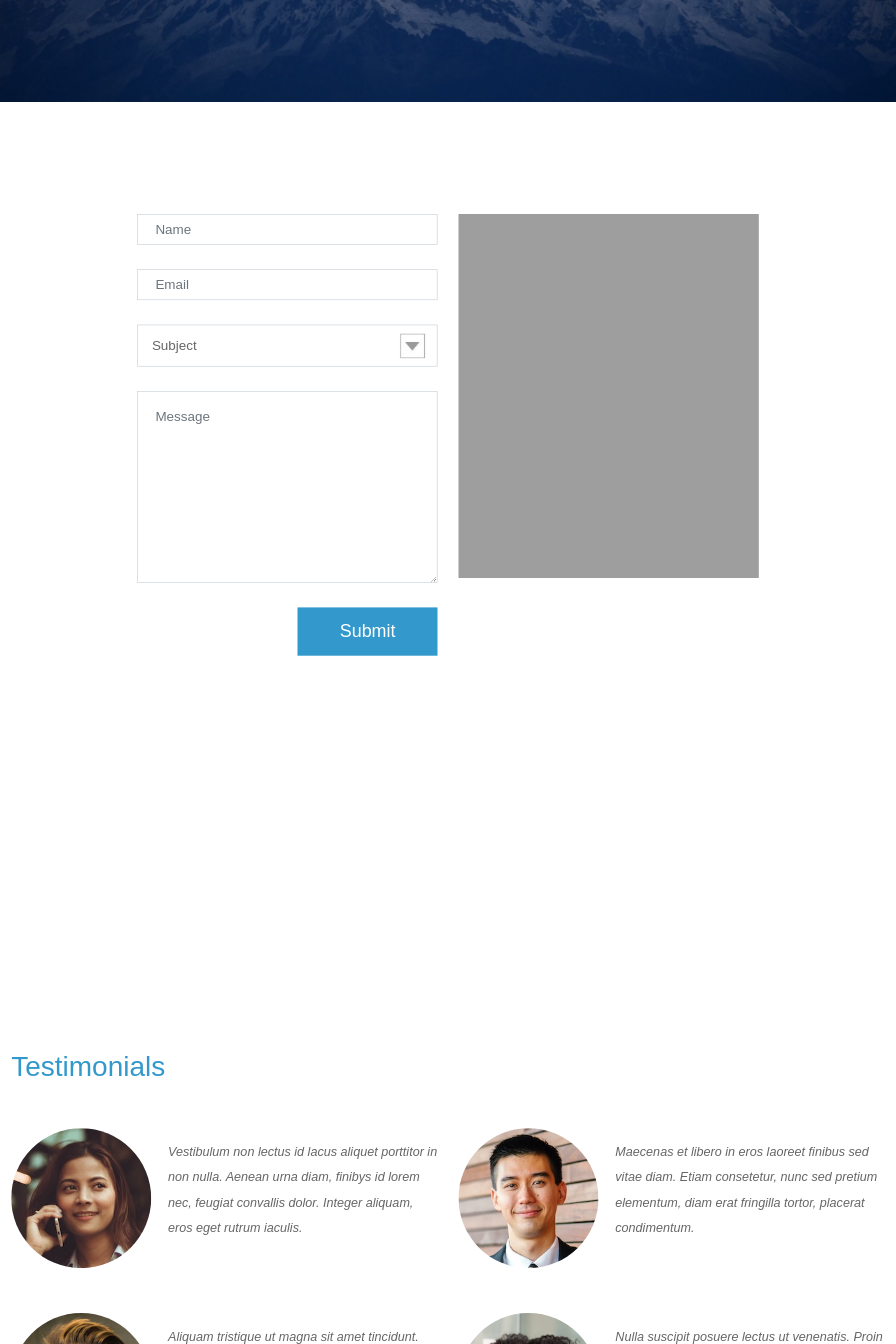
Repository: Marhamat92/PCAT-project-with-node-backend
Page: http://localhost/add
These files come from the project's save history. The page is drawn as it stood at one moment and after the next save; the edit follows.
The browser window is 1280 px wide. The pictures show the part of the page from y = 304 to 2224 px (the page is 3139 px tall before and 3211 px after), at 70% of full size.
Pictures or frames that could not be fetched are drawn as grey boxes. Backgrounds fixed to the window are drawn as part of the page. Some web fonts or font styles are not loaded; a fallback is used. The page is served by the project's Node server (app.js).

Above is the page before, as saved 2023-02-20 17:47:39.

### views/add.ejs
<%- include('partials/_header') %>

    <body>
        <div class="tm-page-wrap mx-auto">
            <div class="position-relative">
                <%- include('partials/_navigation') %>
                    <div class="tm-welcome-container tm-fixed-header tm-fixed-header-3">
                        <div class="text-center">
                            <p class="pt-5 px-3 tm-welcome-text tm-welcome-text-2 mb-1 mt-lg-0 mt-5 text-white mx-auto">
                                You can add your photos below
                            </p>
                        </div>
                    </div>

                    <div id="tm-fixed-header-bg"></div> <!-- Header image -->
            </div>

            <!-- Page content -->
            <main>
                <div class="container-fluid px-0">
                    <div class="mx-auto tm-content-container">
                        <div class="row mt-3 mb-5 pb-3">
                            <div class="col-12">

                            </div>
                        </div>
                        <div class="mx-auto pb-3 tm-about-text-container px-3">
                            <div class="row">
                                <div class="col-lg-6 mb-5">
                                    <form id="contact-form" action="" method="POST" class="tm-contact-form">
                                        <div class="form-group">
                                            <input type="text" name="name" class="form-control rounded-0"
                                                placeholder="Name" required="" />
                                        </div>
                                        <div class="form-group">
                                            <input type="email" name="email" class="form-control rounded-0"
                                                placeholder="Email" required="" />
                                        </div>
                                        <div class="form-group">
                                            <select class="form-control" id="contact-select" name="inquiry">
                                                <option value="-">Subject</option>
                                                <option value="sales">Sales &amp; Marketing</option>
                                                <option value="creative">Creative Design</option>
                                                <option value="uiux">UI / UX</option>
                                            </select>
                                        </div>
                                        <div class="form-group">
                                            <textarea rows="8" name="message" class="form-control rounded-0"
                                                placeholder="Message" required=""></textarea>
                                        </div>

                                        <div class="form-group mb-0">
                                            <button type="submit"
                                                class="btn btn-primary rounded-0 d-block ml-auto mr-0 tm-btn-animate tm-btn-submit tm-icon-submit"><span>Submit</span></button>
                                        </div>
                                    </form>
                                </div>
                                <div class="col-lg-6">
                                    <div class="mapouter mb-60">
                                        <div class="gmap_canvas">
                                            <iframe width="100%" height="520" id="gmap_canvas"
                                                src="https://maps.google.com/maps?q=Av.+L%C3%BAcio+Costa,+Rio+de+Janeiro+-+RJ,+Brazil&t=&z=13&ie=UTF8&iwloc=&output=embed"
                                                frameborder="0" scrolling="no" marginheight="0"
                                                marginwidth="0"></iframe>
                                        </div>
                                    </div>
                                </div>
                            </div>
                        </div>
                    </div>

                    <div class="parallax-window parallax-window-2" data-parallax="scroll"
                        data-image-src="img/contact-2.jpg"></div>

                    <div class="mx-auto tm-content-container mt-4 px-3 mb-3">
                        <div class="row">
                            <div class="col-12">
                                <h2 class="tm-page-title mb-5 tm-text-primary">Testimonials</h2>
                            </div>
                        </div>
                        <div class="row">
                            <div class="col-lg-6 mb-5 pt-3">
                                <div class="media tm-testimonial">
                                    <img class="mr-4 rounded-circle img-fluid" src="img/testimonial-1.jpg"
                                        alt="Generic placeholder image">
                                    <p class="media-body pt-3 tm-testimonial-text">
                                        Vestibulum non lectus id lacus aliquet porttitor in non nulla. Aenean urna diam,
                                        finibys id lorem nec, feugiat convallis dolor. Integer aliquam, eros eget rutrum
                                        iaculis.
                                    </p>
                                </div>
                            </div>
                            <div class="col-lg-6 mb-5 pt-3">
                                <div class="media tm-testimonial">
                                    <img class="mr-4 rounded-circle img-fluid" src="img/testimonial-2.jpg"
                                        alt="Generic placeholder image">
                                    <p class="media-body pt-3 tm-testimonial-text">
                                        Maecenas et libero in eros laoreet finibus sed vitae diam. Etiam consetetur,
                                        nunc sed pretium elementum, diam erat fringilla tortor, placerat condimentum.
                                    </p>
                                </div>
                            </div>
                            <div class="col-lg-6 mb-5 pt-3">
                                <div class="media tm-testimonial">
                                    <img class="mr-4 rounded-circle img-fluid" src="img/testimonial-3.png"
                                        alt="Generic placeholder image">
                                    <p class="media-body pt-3 tm-testimonial-text">
                                        Aliquam tristique ut magna sit amet tincidunt. Sed tempor tellus nulla, molestie
                                        luctus lectus tincidunt id. Cras duismod leo a urna placerat, vel blandit turpis
                                        fermentum.
                                    </p>
                                </div>
                            </div>
                            <div class="col-lg-6 mb-5 pt-3">
                                <div class="media tm-testimonial">
                                    <img class="mr-4 rounded-circle img-fluid" src="img/testimonial-4.png"
                                        alt="Generic placeholder image">
                                    <p class="media-body pt-3 tm-testimonial-text">
                                        Nulla suscipit posuere lectus ut venenatis. Proin sed orci eget tellus euismod
                                        vulputate eu eu arcu. Etiam a bibendum lorem. Cura
                                    </p>
                                </div>
                            </div>
                        </div>
                    </div>
                </div>
            </main>

            <%- include('partials/_footer') %>
        </div>

        <script src="js/jquery-3.4.1.min.js"></script>
        <script src="js/bootstrap.min.js"></script>
        <script src="js/parallax.min.js"></script>
    </body>

    </html>

### views/partials/_header.ejs
<!DOCTYPE html>
<html lang="en">

<head>
  <meta charset="UTF-8">
  <meta name="viewport" content="width=device-width, initial-scale=1.0">
  <title>Video Catalog</title>
  <link rel="stylesheet" href="fontawesome/css/all.min.css"> <!-- https://fontawesome.com/ -->
  <link href="https://fonts.googleapis.com/css2?family=Source+Sans+Pro&display=swap" rel="stylesheet">
  <!-- https://fonts.google.com/ -->
  <link rel="stylesheet" href="css/bootstrap.min.css">
  <link rel="stylesheet" href="css/templatemo-video-catalog.css">
  <!--

TemplateMo 552 Video Catalog

https://templatemo.com/tm-552-video-catalog

-->
</head>

### views/partials/_navigation.ejs
<div class="position-absolute tm-site-header">
  <div class="container-fluid position-relative">
    <div class="row">
      <div class="col-7 col-md-4">
        <a href="/" class="tm-bg-black text-center tm-logo-container">
          <i class="fas fa-video tm-site-logo mb-3"></i>
          <h1 class="tm-site-name">PCAT</h1>
        </a>
      </div>
      <div class="col-5 col-md-8 ml-auto mr-0">
        <div class="tm-site-nav">
          <nav class="navbar navbar-expand-lg mr-0 ml-auto" id="tm-main-nav">
            <button class="navbar-toggler tm-bg-black py-2 px-3 mr-0 ml-auto collapsed" type="button"
              data-toggle="collapse" data-target="#navbar-nav" aria-controls="navbar-nav" aria-expanded="false"
              aria-label="Toggle navigation">
              <span>
                <i class="fas fa-bars tm-menu-closed-icon"></i>
                <i class="fas fa-times tm-menu-opened-icon"></i>
              </span>
            </button>
            <div class="collapse navbar-collapse tm-nav" id="navbar-nav">
              <ul class="navbar-nav text-uppercase">
                <li class="nav-item active">
                  <a class="nav-link tm-nav-link" href="/">Videos <span class="sr-only">(current)</span></a>
                </li>
                <li class="nav-item">
                  <a class="nav-link tm-nav-link" href="/about">About</a>
                </li>
                <li class="nav-item">
                  <a class="nav-link tm-nav-link" href="/add">Add Photo</a>
                </li>
              </ul>
            </div>
          </nav>
        </div>
      </div>
    </div>
  </div>
</div>

### views/partials/_footer.ejs
<div class="container-fluid tm-content-container mx-auto pt-5">
  <!-- Subscribe form and footer links -->
  <div class="row mt-5 pt-3">
    <div class="col-xl-6 col-lg-12 mb-4">
      <div class="tm-bg-gray p-5 h-100">
        <h3 class="tm-text-primary mb-3">Do you want to get our latest updates?</h3>
        <p class="mb-5">Please subscribe our newsletter for upcoming new videos and latest
          information
          about our
          work. Thank you.</p>
        <form action="" method="GET" class="tm-subscribe-form">
          <input type="text" name="email" placeholder="Your Email..." required>
          <button type="submit" class="btn rounded-0 btn-primary tm-btn-small">Subscribe</button>
        </form>
      </div>
    </div>
    <div class="col-xl-3 col-lg-6 col-md-6 col-sm-6 col-12 mb-4">
      <div class="p-5 tm-bg-gray">
        <h3 class="tm-text-primary mb-4">Quick Links</h3>
        <ul class="list-unstyled tm-footer-links">
          <li><a href="#">Duis bibendum</a></li>
          <li><a href="#">Purus non dignissim</a></li>
          <li><a href="#">Sapien metus gravida</a></li>
          <li><a href="#">Eget consequat</a></li>
          <li><a href="#">Praesent eu pulvinar</a></li>
        </ul>
      </div>
    </div>
    <div class="col-xl-3 col-lg-6 col-md-6 col-sm-6 col-12 mb-4">
      <div class="p-5 tm-bg-gray h-100">
        <h3 class="tm-text-primary mb-4">Our Pages</h3>
        <ul class="list-unstyled tm-footer-links">
          <li><a href="#">Our Videos</a></li>
          <li><a href="#">License Terms</a></li>
          <li><a href="#">About Us</a></li>
          <li><a href="#">Contact</a></li>
          <li><a href="#">Privacy Policies</a></li>
        </ul>
      </div>
    </div>
  </div> <!-- row -->

  <footer class="row pt-5">
    <div class="col-12">
      <p class="text-right">Copyright 2020 The Video Catalog Company

        - Designed by <a href="https://templatemo.com" rel="nofollow" target="_parent">TemplateMo</a>
      </p>
    </div>
  </footer>
</div>

Loaded but not shown: public/fontawesome/css/all.min.css (library); public/css/bootstrap.min.css (library); public/js/jquery-3.4.1.min.js (library); public/js/bootstrap.min.js (library); public/js/parallax.min.js (library); app.js (32 lines, source omitted); public/css/templatemo-video-catalog.css (528 lines, source omitted)

After the next save:
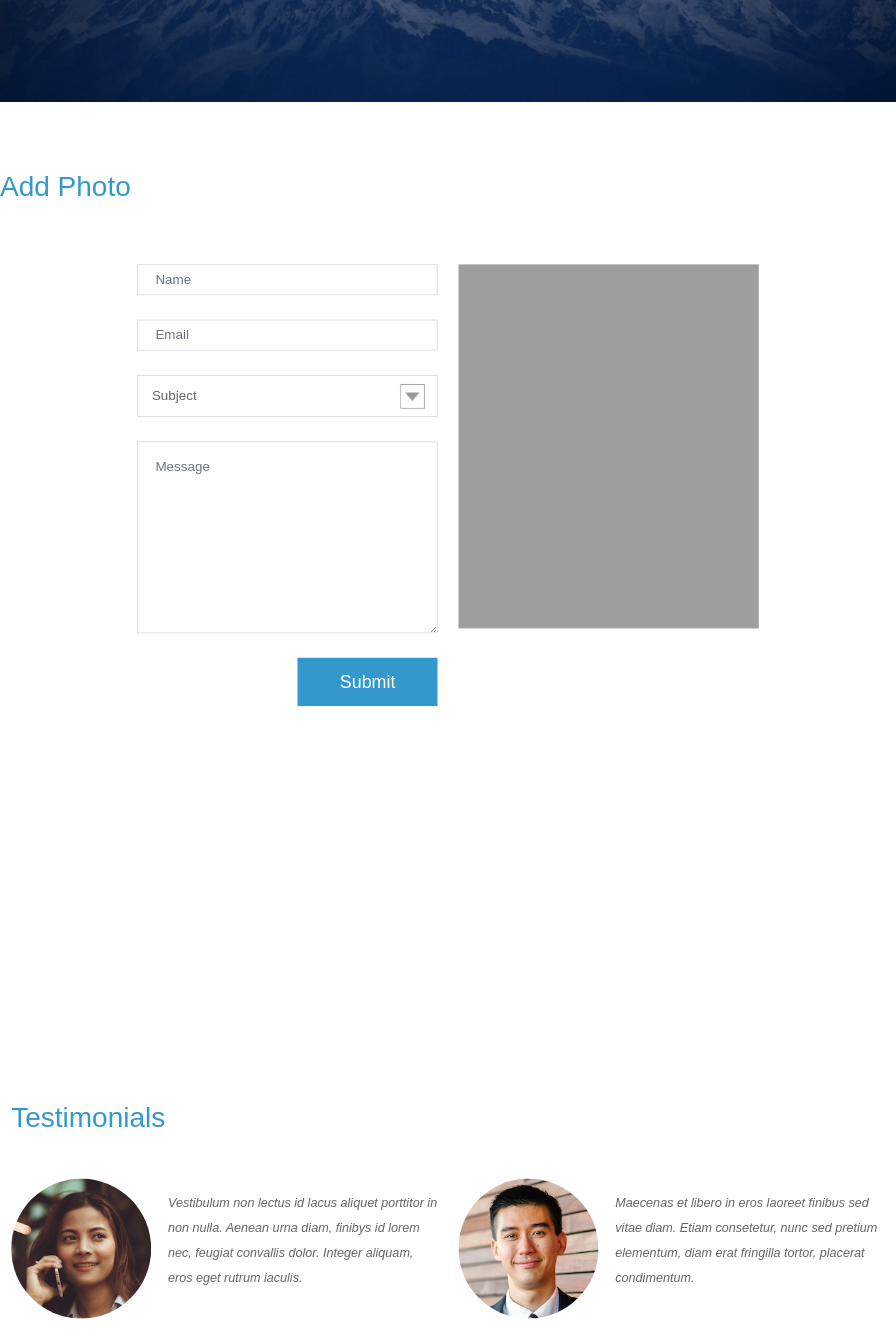
Saved 27 s later.
--- a/views/add.ejs
+++ b/views/add.ejs
@@ -21,6 +21,8 @@
                     <div class="mx-auto tm-content-container">
                         <div class="row mt-3 mb-5 pb-3">
                             <div class="col-12">
+
+                                <h2 class="tm-page-title mb-4 tm-text-primary">Add Photo</h2>
 
                             </div>
                         </div>
